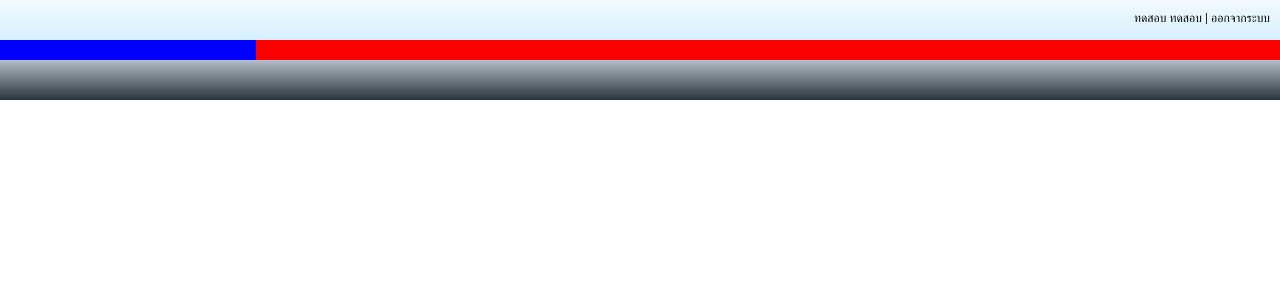
Repository: pleanoma/TooDoo
Page: http://localhost/TooDoo/Home.jsp
These files come from the project's save history. The page is drawn as it stood at one moment and after the next save; the edit follows.
The browser window is 1280 px wide. The pictures show the whole page.
The page is served by Tomcat 9. Other server files are loaded and not shown.

Above is the page before, as saved 2013-11-27 08:19:54.

### TooDoo/WebContent/Home.jsp
<%@ page contentType="text/html; charset=utf-8" pageEncoding="utf-8" %>

<!DOCTYPE html PUBLIC "-//W3C//DTD HTML 4.01 Transitional//EN" "http://www.w3.org/TR/html4/loose.dtd">
<html>
<head>
<meta http-equiv="Content-Type" content="text/html; charset=tis-620">
<title>Insert title here</title>
<link rel="stylesheet" href="./css/style.css" type="text/css">
</head>
<body>
	<div id="header">
		<div class="userdetail">
			<label for="UserDetail">ทดสอบ ทดสอบ</label>
			|
			<label for="UserLogout">ออกจากระบบ</label>
		</div>
	</div>
	<div class="clr">
	</div>
	<div id="content">
		<div class="article">
			<div class="box-txt">

			</div>
		</div>
		<div class="sidebar">
			<div class="box-txt">

			</div>
		</div>
	</div>
	<div class="clr">
	</div>
	<div id="footer">
		<div class="box-txt">

		</div>
	</div>
</body>
</html>

### TooDoo/WebContent/css/style.css
html, body {
	margin: 0 auto;
	width: 100%;
	font-family: "Trebuchet MS", Helvetica, sans-serif;
	font-weight: 400;
	font-size: 12px;
}
#main {
	margin: 0 auto;
	padding: 0;
}
#header {
	width: 100%;
	height: 40px;
	min-height: 40px;
	background: green;
	background: #f2f9fe; /* Old browsers */
	background: -moz-linear-gradient(top, #f2f9fe 0%, #d6f0fd 100%); /* FF3.6+ */
	background: -webkit-gradient(linear, left top, left bottom, color-stop(0%,#f2f9fe), color-stop(100%,#d6f0fd)); /* Chrome,Safari4+ */
	background: -webkit-linear-gradient(top, #f2f9fe 0%,#d6f0fd 100%); /* Chrome10+,Safari5.1+ */
	background: -o-linear-gradient(top, #f2f9fe 0%,#d6f0fd 100%); /* Opera 11.10+ */
	background: -ms-linear-gradient(top, #f2f9fe 0%,#d6f0fd 100%); /* IE10+ */
	background: linear-gradient(to bottom, #f2f9fe 0%,#d6f0fd 100%); /* W3C */
	filter: progid:DXImageTransform.Microsoft.gradient( startColorstr='#f2f9fe', endColorstr='#d6f0fd',GradientType=0 ); /* IE6-9 */
}

#header .userdetail {
	float: right;
	padding: 10px;
	font-size: 12px;
}
#content .article {
	float: right;
	width: 80%;
	height: 100%;
	background: red;
}
#content .sidebar {
	float: left;
	width: 20%;
	height: 100%;
	background: blue;
}
#footer {
	display: block;
	width: 100%;
	height: 40px;
	min-height: 40px;
	background: yellow;
	background: #b5bdc8; /* Old browsers */
background: -moz-linear-gradient(top, #b5bdc8 0%, #828c95 36%, #28343b 100%); /* FF3.6+ */
background: -webkit-gradient(linear, left top, left bottom, color-stop(0%,#b5bdc8), color-stop(36%,#828c95), color-stop(100%,#28343b)); /* Chrome,Safari4+ */
background: -webkit-linear-gradient(top, #b5bdc8 0%,#828c95 36%,#28343b 100%); /* Chrome10+,Safari5.1+ */
background: -o-linear-gradient(top, #b5bdc8 0%,#828c95 36%,#28343b 100%); /* Opera 11.10+ */
background: -ms-linear-gradient(top, #b5bdc8 0%,#828c95 36%,#28343b 100%); /* IE10+ */
background: linear-gradient(to bottom, #b5bdc8 0%,#828c95 36%,#28343b 100%); /* W3C */
filter: progid:DXImageTransform.Microsoft.gradient( startColorstr='#b5bdc8', endColorstr='#28343b',GradientType=0 ); /* IE6-9 */
}
.box-txt {
	padding: 10px;
}
.clr {
	clear: both;
}

After the next save:
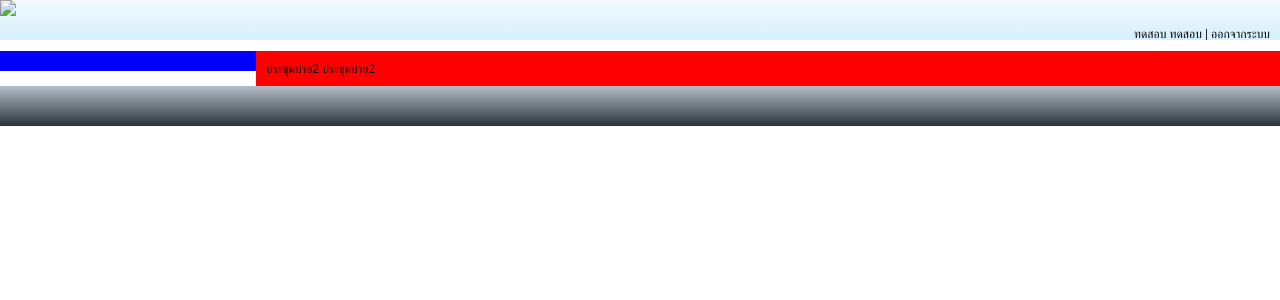
Not found: TooDoo/TooDoo/WebContent/images/logo.png
Saved 10 min 40 s later.
--- a/TooDoo/WebContent/Home.jsp
+++ b/TooDoo/WebContent/Home.jsp
@@ -9,6 +9,10 @@
 </head>
 <body>
 	<div id="header">
+
+		<div class="logo">
+			<img src="WebContent/images/logo.png"/>
+		</div>
 		<div class="userdetail">
 			<label for="UserDetail">ทดสอบ ทดสอบ</label>
 			|
@@ -20,7 +24,8 @@
 	<div id="content">
 		<div class="article">
 			<div class="box-txt">
-
+			<label for="TodoItem">ประชุมบ่าย2</label>
+			<label for="TodoItem">ประชุมบ่าย2</label>
 			</div>
 		</div>
 		<div class="sidebar">
